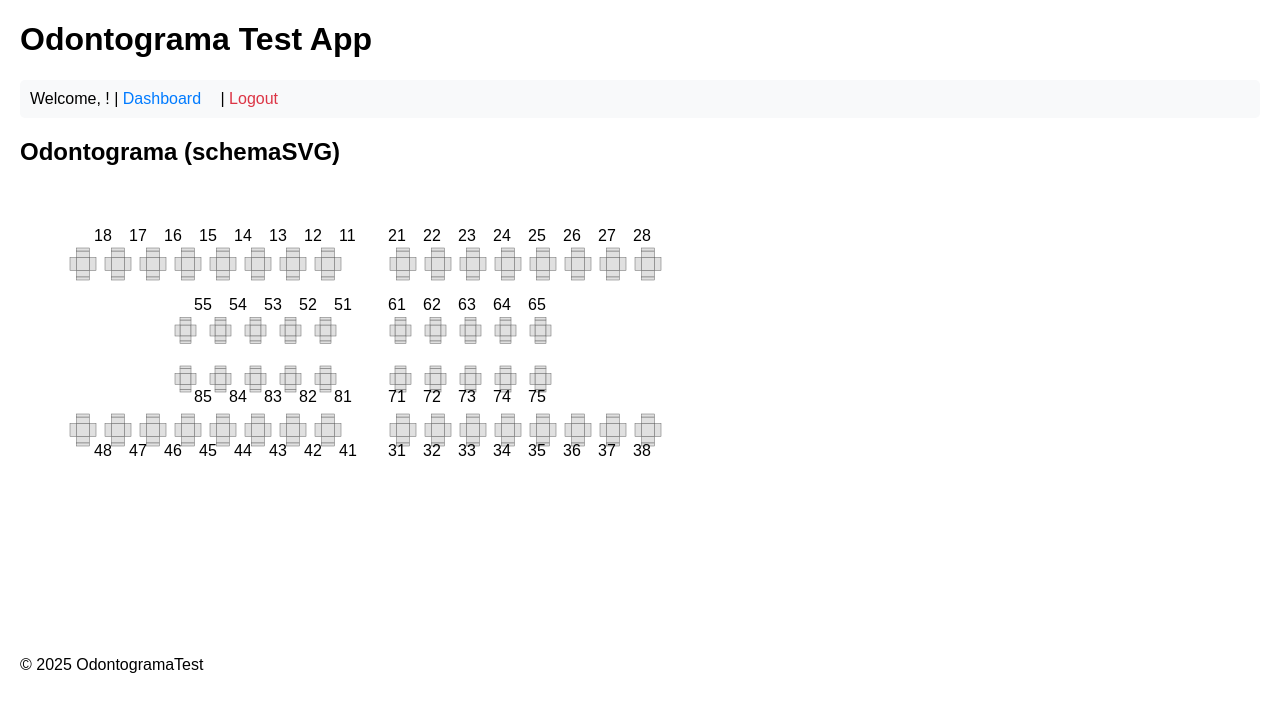
Repository: werfelyesid/OdontogramaTest
Page: http://localhost/dashboard/
These files come from the project's save history. The page is drawn as it stood at one moment and after the next save; the edit follows.
The browser window is 1280 px wide. The pictures show the whole page.
The page is served by the project's application, run on Django 4.2 (manage.py). A made-up administrator, testuser (Test User, test@example.com), is signed in.

Above is the page before, as saved 2025-04-20 15:56:38.

After the next save:
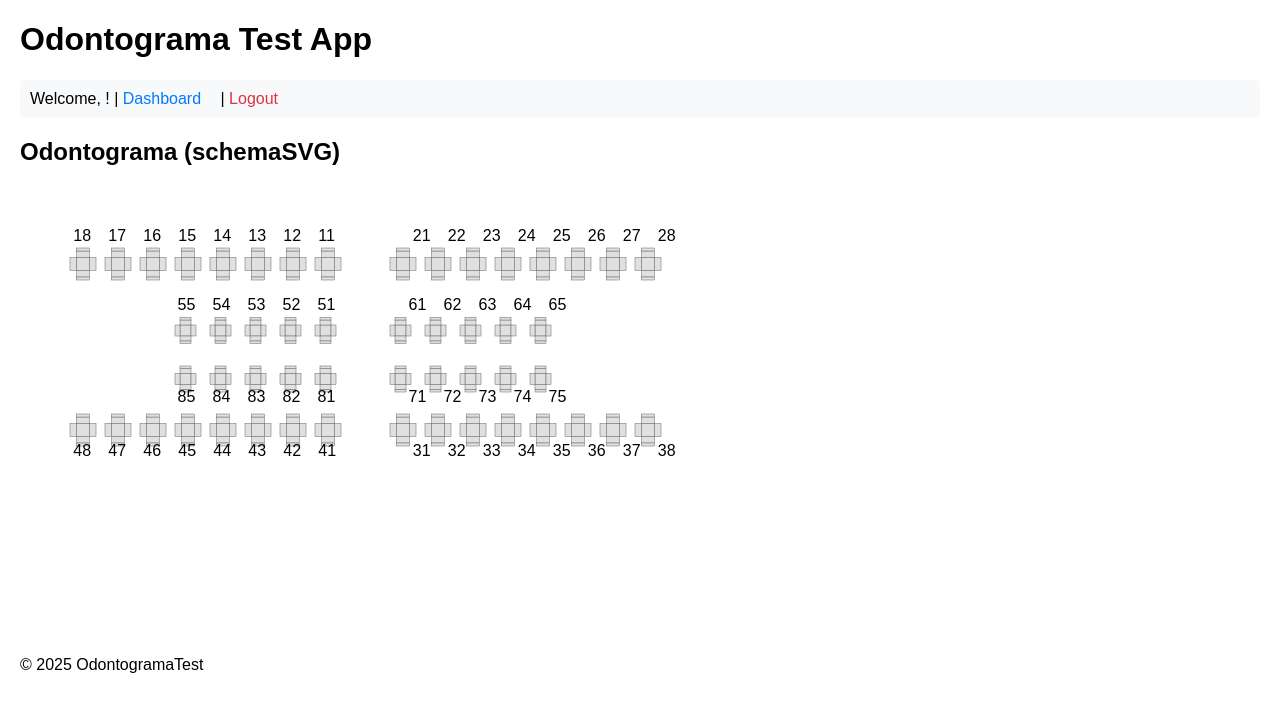
Saved 2 min 22 s later.
--- a/core/templates/core/dashboard.html
+++ b/core/templates/core/dashboard.html
@@ -93,14 +93,20 @@
             const currentToothHeight = (shapeId === '#tooth-shape') ? toothHeightPerm : toothHeightDecid;
             const numberY = isUpperRow ? (yOffset - numberSpacing + 5) : (yOffset + currentToothHeight + numberSpacing - 5);
 
-            // Calculate X position: Center text slightly left of the visual distal edge
+            // Calculate X position: Center text slightly left of the visual mesial edge
             let numberXCenterOffset;
             if (shapeId === '#tooth-shape') { // Permanent
-                // Visual distal edge approx: 26 (right Q), 0 (left Q)
-                numberXCenterOffset = isLeftQuadrant ? -2 : 24; // Center text at x=-2 (relative) or x=24 (relative)
+                // Mesial surface center: 3.25
+                // Distal surface center: 22.75
+                // For right Q (isLeftQuadrant=false), align near mesial (left): 3.25
+                // For left Q (isLeftQuadrant=true), align near mesial (right): 22.75
+                numberXCenterOffset = isLeftQuadrant ? 22.75 : 3.25;
             } else { // Deciduous
-                // Visual distal edge approx: 21 (right Q), 0 (left Q)
-                numberXCenterOffset = isLeftQuadrant ? -2 : 19; // Center text at x=-2 (relative) or x=19 (relative)
+                // Mesial surface center: 2.5
+                // Distal surface center: 18.5
+                // For right Q (isLeftQuadrant=false), align near mesial (left): 2.5
+                // For left Q (isLeftQuadrant=true), align near mesial (right): 18.5
+                numberXCenterOffset = isLeftQuadrant ? 18.5 : 2.5;
             }
             const numberX = currentX + numberXCenterOffset; // Use offset relative to the tooth's group position
 
